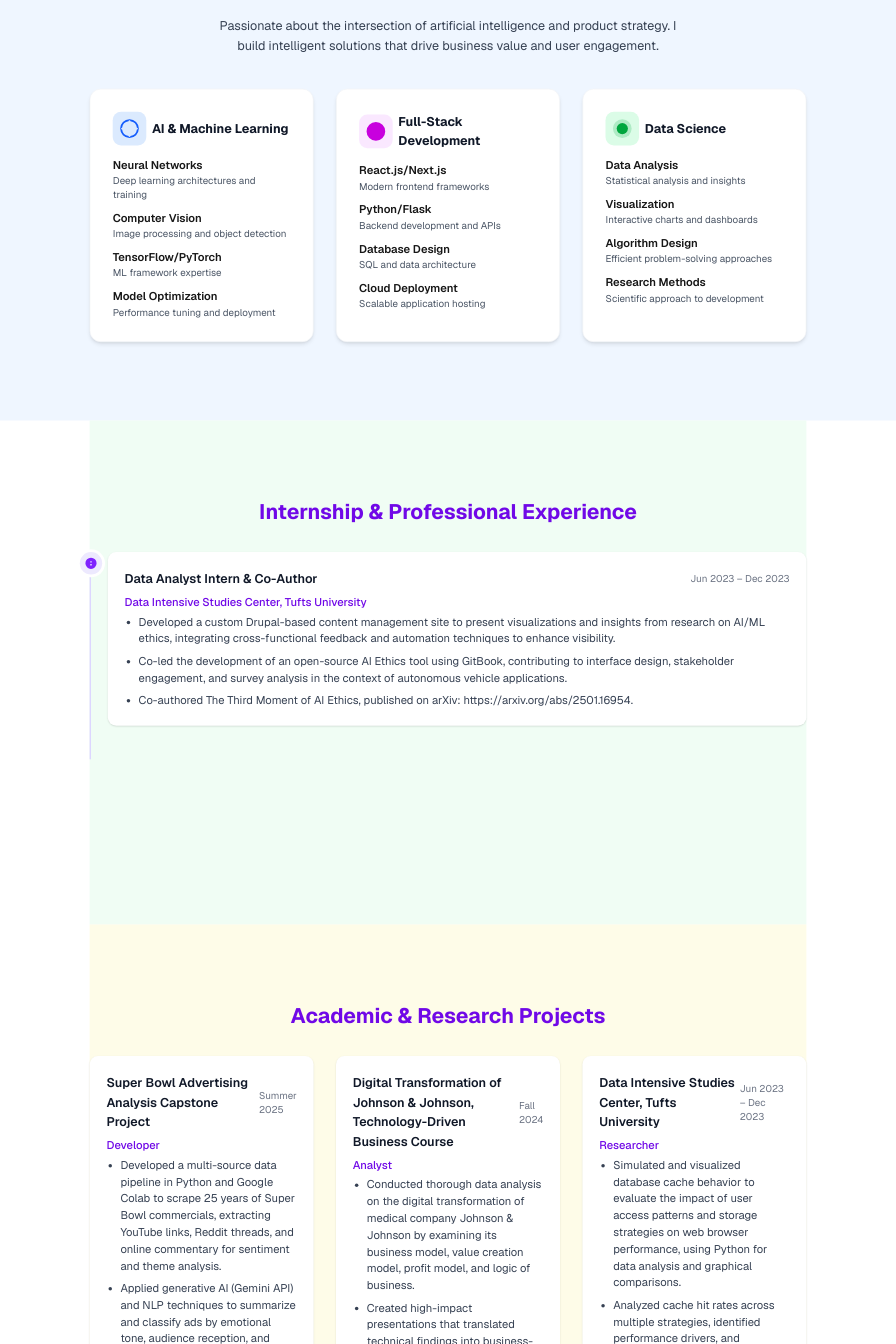
Repository: winniewyl/personal-portfolio
Page: /
The author's editor kept a copy of each file at every save. The page is drawn from the files as they stood at one save, then again after the next save.
The browser window is 1280 px wide. The pictures show the part of the page from y = 964 to 2884 px (the page is 4197 px tall), at 70% of full size.
The project was rebuilt for these pictures with package versions that can differ from the ones it lists, and the page was loaded fresh each time. The framework's server and built-in components were replaced by stand-ins that run in the browser. Also part of the build but not shown: next.config.ts.

Above is the page before, as saved 2025-07-29 15:18:13.

After the next save:
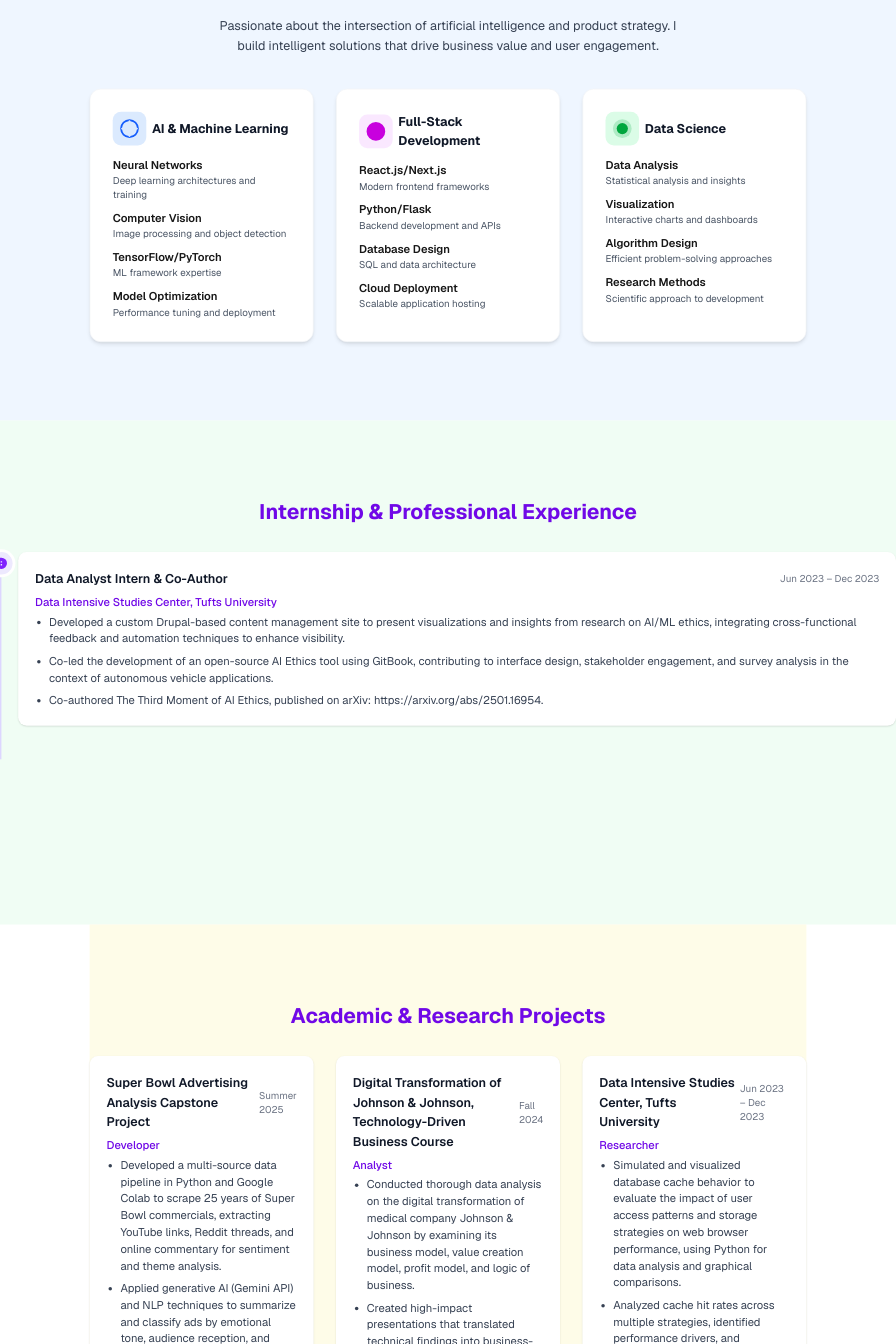
Saved 6 s later.
--- a/src/app/page.tsx
+++ b/src/app/page.tsx
@@ -112,7 +112,7 @@ export default function Home() {
         {/* Experience Section */}
         <section
           id="experience"
-          className="w-full flex flex-col items-center py-20 sm:py-28 max-w-5xl mx-auto scroll-mt-24 bg-green-50 dark:bg-green-900/20 min-h-screen"
+          className="w-full flex flex-col items-center py-20 sm:py-28 bg-green-50 dark:bg-green-900/20 min-h-screen"
         >
           <h2 className="text-3xl font-bold mb-10 text-violet-700 dark:text-violet-400">
             Internship & Professional Experience
